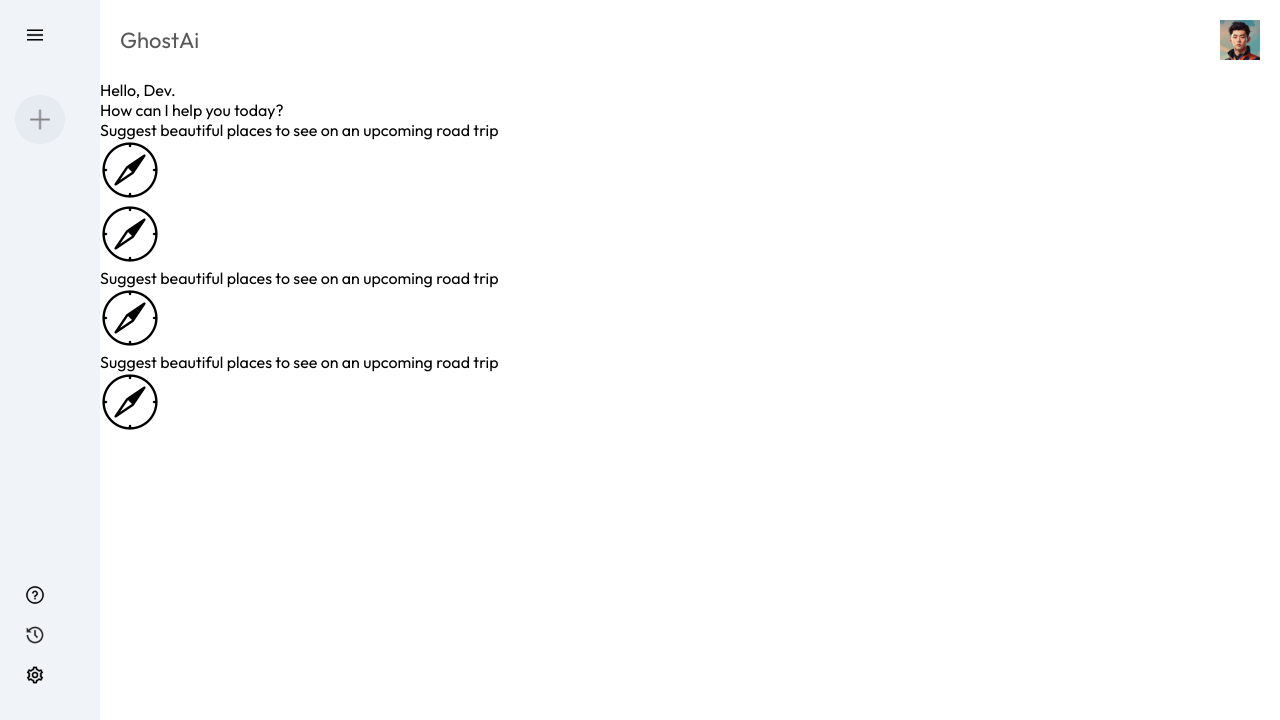
Repository: diyorbe-beep/GhostAi
Page: /
An editor plug-in stored every save of this project. The page is shown before and after a run of saves, followed by the edit.
The browser window is 1280 px wide. The pictures show the whole page.
The project was rebuilt for these pictures with package versions that can differ from the ones it lists, and the page was loaded fresh each time. Also part of the build but not shown: vite.config.js.

Above is the page before, as saved 2025-08-31 13:06:53.

### index.html
<!doctype html>
<html lang="en">
  <head>
    <meta charset="UTF-8" />
    <link rel="icon" type="image/svg+xml" href="./public/ChatGPT Image 31 авг. 2025 г., 11_16_32.png" />
    <meta name="viewport" content="width=device-width, initial-scale=1.0" />
    <title>GhostAi</title>
  </head>
  <body>
    <div id="root"></div>
    <script type="module" src="/src/main.jsx"></script>
  </body>
</html>

### src/index.css
@import url('https://fonts.googleapis.com/css2?family=Outfit:wght@100..900&display=swap');


*{
  margin: 0;
  padding: 0;
  box-sizing: border-box;
  font-family:  'Outfit', sans-serif;
}
#root{
  min-height: 100vh;
  display: flex;
}

### src/App.jsx
import React from 'react'
import Sidebar from './components/sidebar/sidebar'
import Main from './components/main/main'
export default function App() {
  return (
    <>
      <Sidebar />
      <Main />
    </>
  )
}

### src/components/sidebar/sidebar.jsx
import React, {useState} from 'react'
import './sidebar.css'
import { assets } from '../../assets/assets'
const Sidebar = () => {
  const [extended, setExtended] = useState(false)
  return (
    <div className='sidebar'>
      <div className="top">
        <img className='menu' onClick={()=>setExtended(prev=>!prev)} src={assets.menu_icon} alt="" />
        <div className="new_chat">
          <img src={assets.plus_icon} alt="" />
          {extended?<p>New Chat</p>:null}
        </div>
        {extended
        ?

        <div className="recent">
          <p className='recent-title' >Recent </p>
          <div className="recent-entry">
            <img src={assets.message_icon} alt="" />
            <p>What is react ...</p>
          </div>
        </div>:null}
      </div>
      <div className="bottom">
        <div className='bottom_item recent-entry'>
          <img src={assets.question_icon} alt="" />
          {extended?<p>Help</p>:null}
        </div>
        <div className='bottom_item recent-entry'>
          <img src={assets.history_icon} alt="" />
          {extended?<p>Activity</p>:null}
        </div>
        <div className='bottom_item recent-entry'>
          <img src={assets.setting_icon} alt="" />
          {extended?<p>Settings</p>:null}
        </div>
      </div>
    </div>
  )
}

export default Sidebar

### src/components/main/main.jsx
import React from 'react'
import './main.css'
import { assets } from '../../assets/assets'
const main = () => {
    return (
        <div className='main'>
            <div className="nav">
                <p>GhostAi</p>
                <img src={assets.user_icon} alt="" />
            </div>
            <div className="main_container">
                <div className="greet">
                    <p><span>Hello, Dev.</span></p>
                    <p>How can I help you today?</p>
                </div>
                <div className="cards">
                    <div className="card">
                        <p>Suggest beautiful places to see on an upcoming road trip</p>
                        <img src={assets.compass_icon} alt="" />
                    </div>
                    <div className="card">
                        <p></p>
                        <img src={assets.compass_icon} alt="" />
                    </div>
                    <div className="card">
                        <p>Suggest beautiful places to see on an upcoming road trip</p>
                        <img src={assets.compass_icon} alt="" />
                    </div>
                    <div className="card">
                        <p>Suggest beautiful places to see on an upcoming road trip</p>
                        <img src={assets.compass_icon} alt="" />
                    </div>
                </div>
            </div>
        </div>
    )
}

export default main

### src/components/sidebar/sidebar.css

.sidebar{
    min-height: 100vh;
    display: inline-flex;
    flex-direction: column;
    justify-content: space-between;
    background-color: #f0f4f9;
    padding: 25px 15px;
}

.sidebar img{
    width: 20px;
}

.sidebar .menu{
    display: block;
    margin-left: 10px;
    cursor: pointer;
}

.sidebar .new_chat{
    margin-top: 50px;
    display: inline-flex;
    align-items: center;
    gap: 10px;
    padding: 10px 15px;
    background-color: #e6eaf1;
    border-radius: 50px;
    font-size: 14px;
    color: grey;
    cursor: pointer;
}

.sidebar .recent{
    display: flex;
    flex-direction: column ;
}

.sidebar .recent-title{
    margin-top: 30px;
    margin-bottom:  20px;
}

.sidebar .recent-entry{
    display: flex;
    align-items: start;
    gap: 10px;
    padding: 10px;
    padding-right: 40px;
    border-radius: 50px;
    color: #282828;
    cursor: pointer;
    transition: .3s;
}

.sidebar .recent-entry:hover{
    background-color: #e6eaf1;

}

.sidebar .bottom{
    display: flex;
    flex-direction: column;
}

.sidebar {
    display: flex;
    flex-direction: column;
    justify-content: space-between;
    height: 100%;
}

.sidebar .bottom-item{
    padding-right: 10px;
    cursor: pointer;
}

### src/assets/assets.js
import history_icon from './history_icon.png'
import menu_icon from './menu_icon.png'
import plus_icon from './plus_icon.png'
import question_icon from './question_icon.png'
import setting_icon from './setting_icon.png'
import bulb_icon from './bulb_icon.png'
import compass_icon from './compass_icon.png'
import gallery_icon from './gallery_icon.png'
import mic_icon from './mic_icon.png'
import user_icon from './user_icon.png'
import youtube_icon from './youtube_icon.png'
import message_icon from './message_icon.png'
import code_icon from './code_icon.png'
import send_icon from './send_icon.png'
import gemini_icon from './gemini_icon.png'

export const assets = {
    history_icon,
    menu_icon,
    plus_icon,
    question_icon,
    setting_icon,
    bulb_icon,
    compass_icon,
    gallery_icon,
    mic_icon,
    user_icon,
    youtube_icon,
    message_icon,
    code_icon,
    send_icon,
    gemini_icon
}

### src/components/main/main.css
.main{
    flex: 1;
    min-height: 100vh;
    padding-bottom: 15vh;
    position: relative;
}

.main .nav{
    display: flex;
    align-items: center;
    justify-content: space-between;
    font-size: 22px;
    padding: 20px;
    color: #585858;
}

.main .nav img{
    width: 40px;
    border-radius: 50;
}

Loaded but not shown: src/main.jsx (common file)

After the next 2 saves:
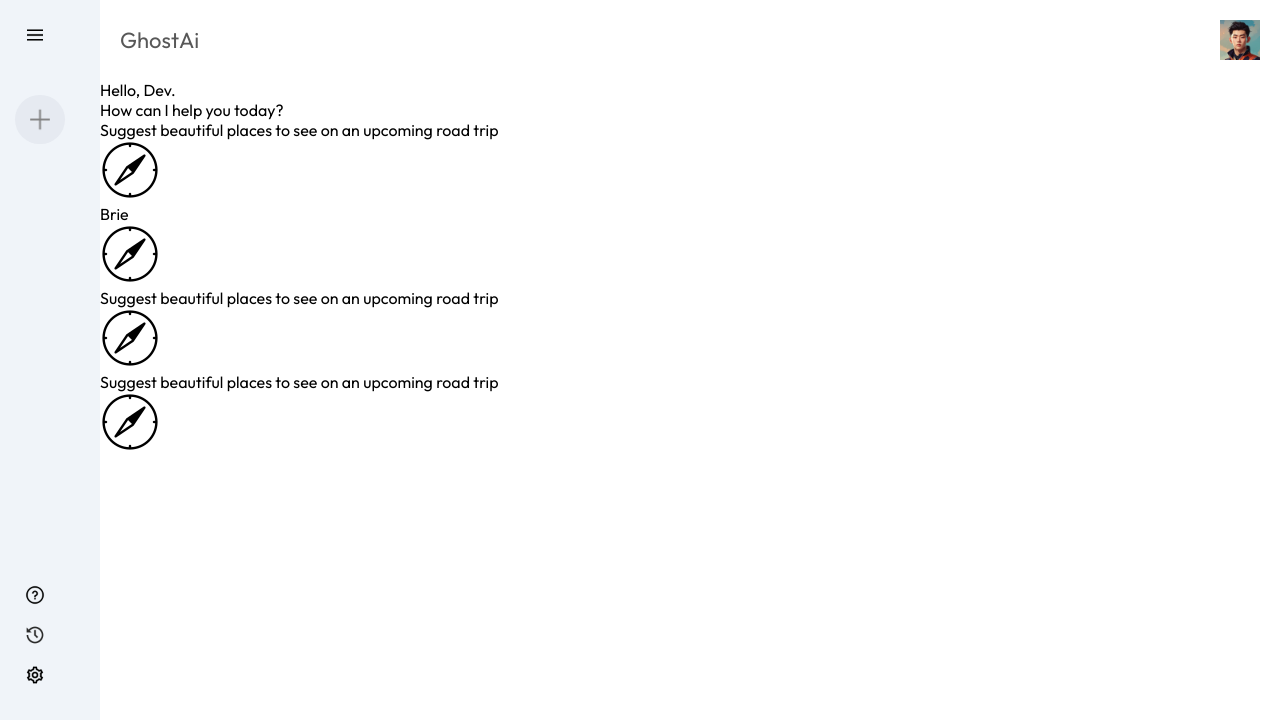
The 2 saves are shown as one change because they came seconds apart.
The last was saved 69 s later.
--- a/src/components/main/main.jsx
+++ b/src/components/main/main.jsx
@@ -19,7 +19,7 @@
                         <img src={assets.compass_icon} alt="" />
                     </div>
                     <div className="card">
-                        <p></p>
+                        <p>Brie</p>
                         <img src={assets.compass_icon} alt="" />
                     </div>
                     <div className="card">
